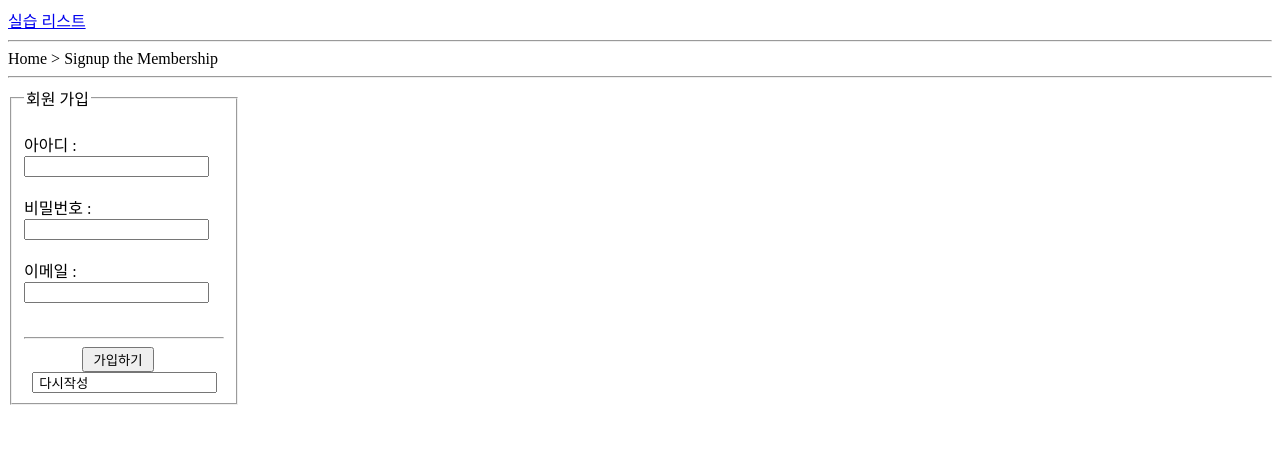
Repository: dhc518/WebProgramming_2023
Page: http://localhost/JSPStudy/ch11/signup.jsp
These files come from the project's save history. The page is drawn as it stood at one moment and after the next save; the edit follows.
The browser window is 1280 px wide. The pictures show the whole page.
The page is served by Tomcat 9.

Above is the page before, as saved 2023-05-19 05:11:38.

After the next save:
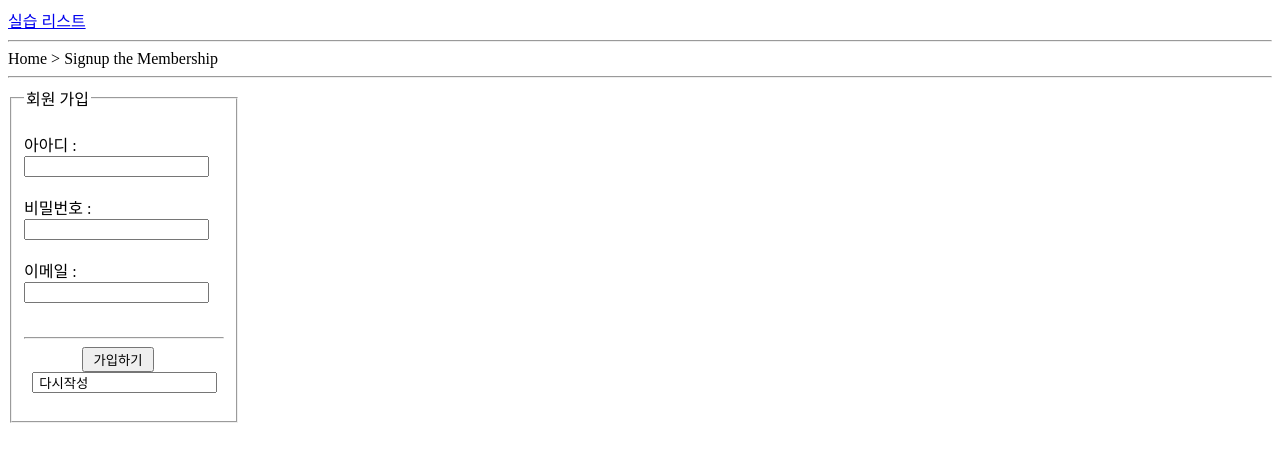
Saved 17 s later.
--- a/Project/JSPStudy/src/main/webapp/ch11/signup.jsp
+++ b/Project/JSPStudy/src/main/webapp/ch11/signup.jsp
@@ -28,7 +28,7 @@
 
 		<div align="center">
 			<input type="submit" value=" 가입하기 "> &nbsp;&nbsp;
-			<input type="result" value=" 다시작성"
+			<input type="result" value=" 다시작성 ">
 		</div><br>
 		</fieldset>
 	</form>
